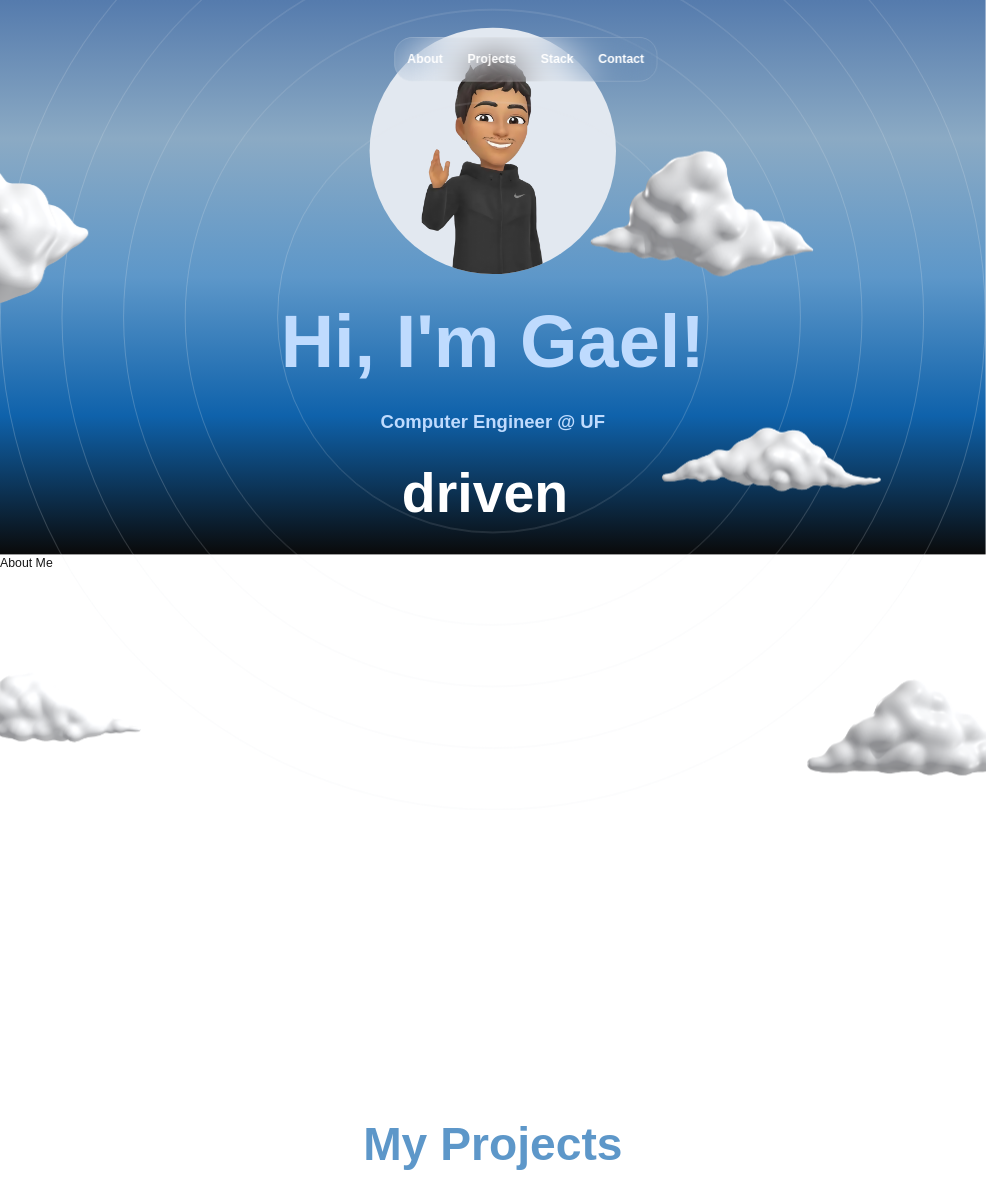
Repository: GG1627/2d-portfolio
Page: /
An editor plug-in stored every save of this project. The page is shown before and after the next save, followed by the edit.
The browser window is 1280 px wide. The pictures show the part of the page from y = 0 to 1556 px (the page is 5560 px tall), at 77% of full size.
Pictures or frames that could not be fetched are drawn as grey boxes. The project was rebuilt for these pictures with package versions that can differ from the ones it lists, and the page was loaded fresh each time. The framework's server and built-in components were replaced by stand-ins that run in the browser. Also part of the build but not shown: next.config.ts.

Above is the page before, as saved 2025-01-08 10:53:17.

After the next save:
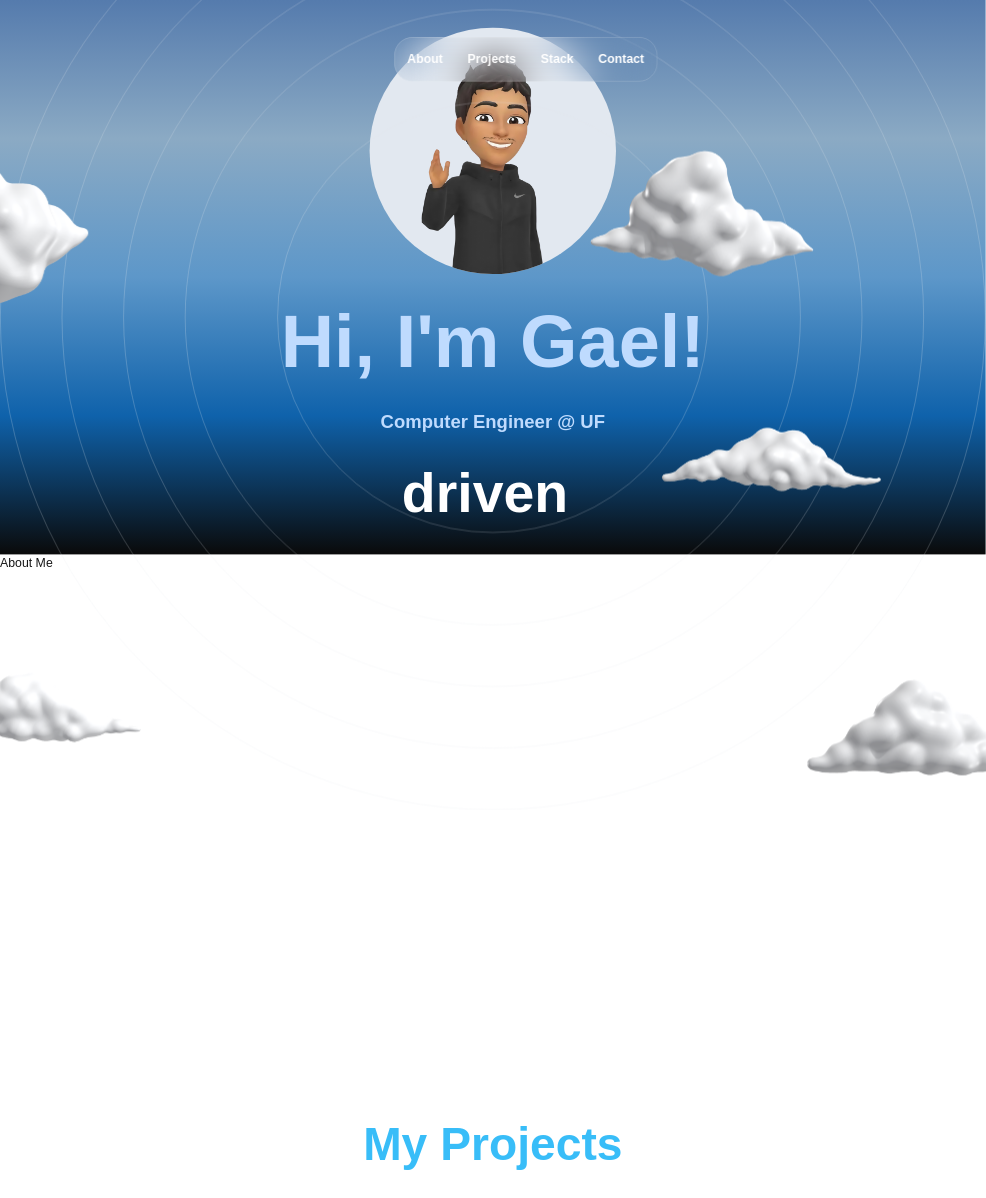
Saved 24 s later.
--- a/app/sections/Projects.tsx
+++ b/app/sections/Projects.tsx
@@ -99,7 +99,7 @@
 export const Projects = () => {
   return (
     <>
-      <h2 className="text-center text-6xl font-bold text-[#5D97C9] mt-4 mb-10">
+      <h2 className="text-center text-6xl font-bold text-sky-400 mt-4 mb-10">
         My Projects
       </h2>
       <div className="grid md:grid-cols-3 gap-8 md:gap-12 px-10">

After the save that followed:
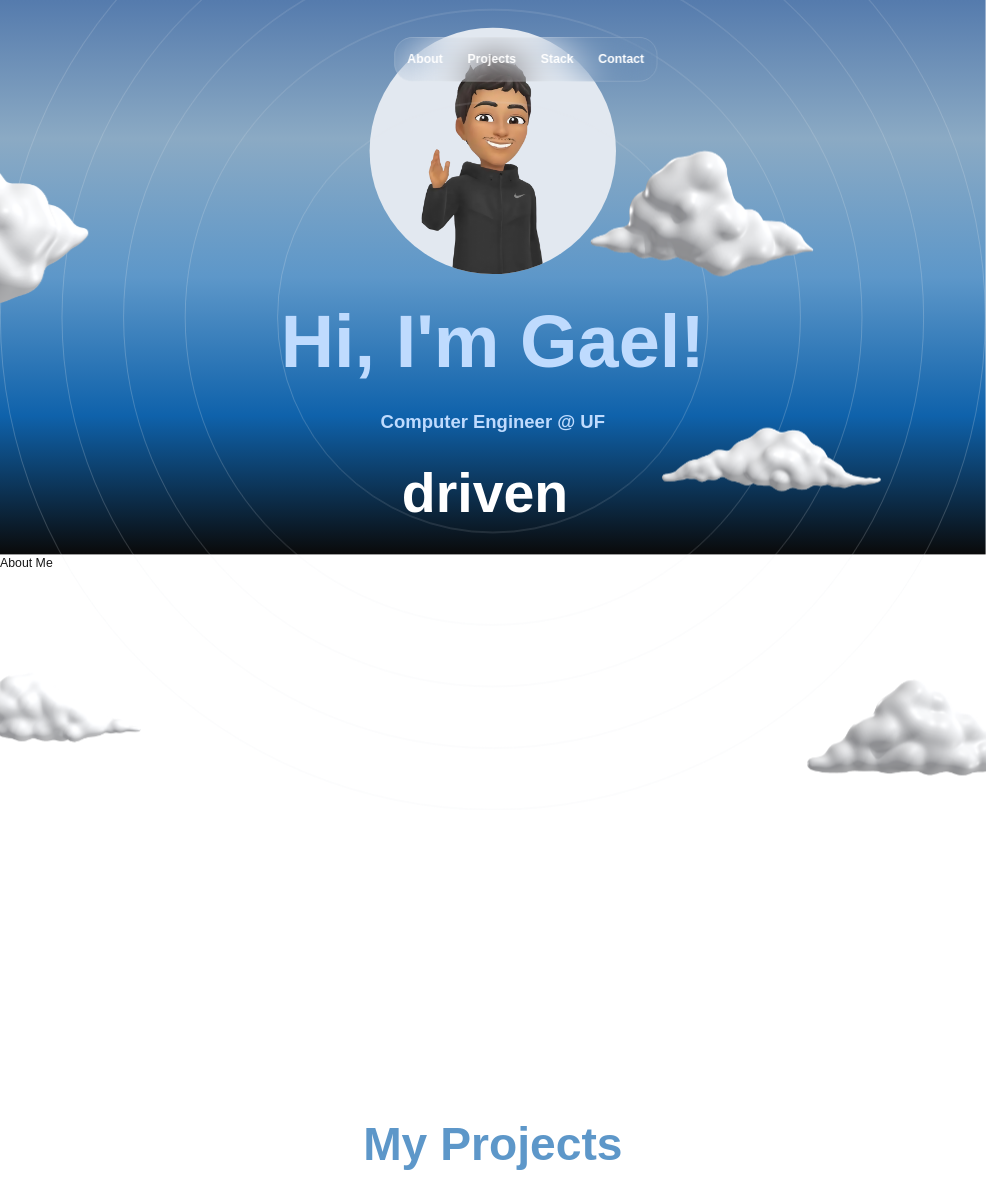
Saved 10 s later.
--- a/app/sections/Projects.tsx
+++ b/app/sections/Projects.tsx
@@ -99,7 +99,7 @@
 export const Projects = () => {
   return (
     <>
-      <h2 className="text-center text-6xl font-bold text-sky-400 mt-4 mb-10">
+      <h2 className="text-center text-6xl font-bold text-[#5D97C9] mt-4 mb-10">
         My Projects
       </h2>
       <div className="grid md:grid-cols-3 gap-8 md:gap-12 px-10">
